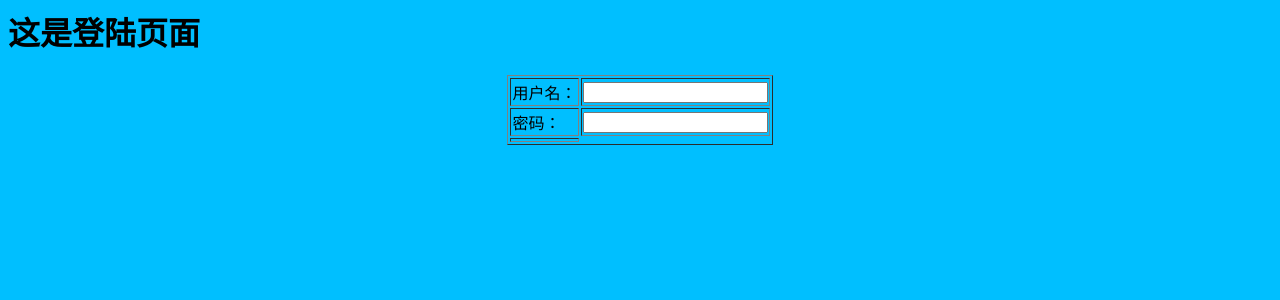
Repository: Fuhai-Chen/javaweb
Page: http://localhost/Chapter_4_example/reponse_comprehensive/login.jsp
The author's editor kept a copy of each file at every save. The page is drawn from the files as they stood at one save, then again after the next save.
The browser window is 1280 px wide. The pictures show the whole page.
The page is served by Tomcat 9.

Above is the page before, as saved 2020-09-24 01:07:18.

### Chapter_4_example/WebRoot/reponse_comprehensive/login.jsp
<%@ page language="java" import="java.util.*" pageEncoding="UTF-8"%>
<%
String path = request.getContextPath();
String basePath = request.getScheme()+"://"+request.getServerName()+":"+request.getServerPort()+path+"/";
%>

<!DOCTYPE HTML PUBLIC "-//W3C//DTD HTML 4.01 Transitional//EN">
<html>
  <head>
    <base href="<%=basePath%>">

    <title>reponse方法综合实例</title>

	<meta http-equiv="pragma" content="no-cache">
	<meta http-equiv="cache-control" content="no-cache">
	<meta http-equiv="expires" content="0">
	<meta http-equiv="keywords" content="keyword1,keyword2,keyword3">
	<meta http-equiv="description" content="This is my page">
	<!--
	<link rel="stylesheet" type="text/css" href="styles.css">
	-->

  </head>

  <body style="background-color: deepskyblue">
  	<%
  		String username = "";//初始化
  		String password = "";
  		Cookie[] cookies = request.getCookies();
  		if(cookies != null && cookies.length > 0){
  			for(Cookie cookie : cookies){
  				if(cookie.getName().equals("username")){
  					username = cookie.getValue();
  				}
  				if(cookie.getName().equals("password")){
  					password = cookie.getValue();
  				}
  				response.addCookie(cookie);
  			}

  		}
  	 %>
  	<form action = "reponse_comprehensive" method="post">
  		<h1>这是登陆页面</h1>
  		<table border = "1" align = "center">
  			<tr>
  				<td>
  					用户名：
  				</td>
  				<td>
  					<input type = "text" name = "username" value = "<%= username %>">
  				</td>
  			</tr>
  			<tr>
  				<td>
  					密码：
  				</td>
  				<td>
  					<input type = "password" name = "password" value = "<%= username %>">
  				</td>
  			</tr>
  			<tr>
  				<td colspan>

  				</td>
  			</tr>


  		</table>
  	</form>
  </body>
</html>

After the next save:
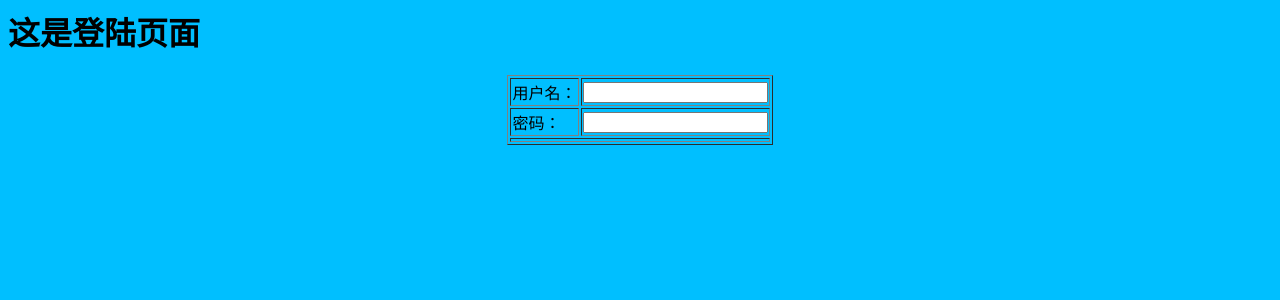
Saved 92 s later.
--- a/Chapter_4_example/WebRoot/reponse_comprehensive/login.jsp
+++ b/Chapter_4_example/WebRoot/reponse_comprehensive/login.jsp
@@ -60,7 +60,11 @@ String basePath = request.getScheme()+"://"+request.getServerName()+":"+request.
   				</td>
   			</tr>
   			<tr>
-  				<td colspan>
+  				<td colspan = "2">
+  				<!-- <td colspan="value"> 用法：
+  					number： 设置单元格可横跨的列数。
+					注释：colspan="0" 指示浏览器横跨到列组的最后一列。
+  				 -->
 
   				</td>
   			</tr>
